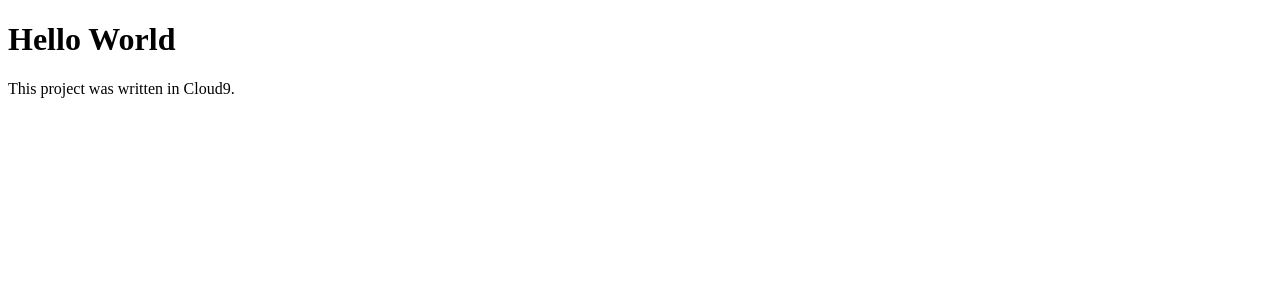
Repository: nealbrophy/CI-Streams
Page: stream-one.html
The author's editor kept a record of every edit. The page is drawn from the files as they stood at one moment, then again after the next edit.
The browser window is 1280 px wide. The pictures show the whole page.

Above is the page before.

After the next edit:
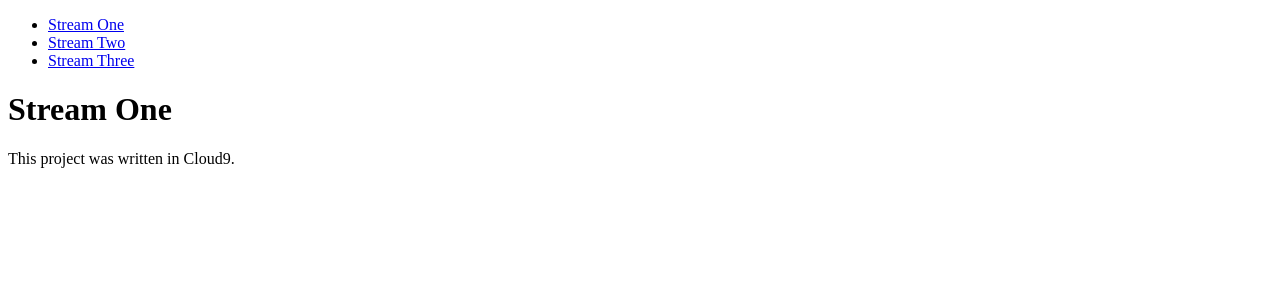
The edit:
--- a/stream-one.html
+++ b/stream-one.html
@@ -4,7 +4,14 @@
         <title>Stream One</title>
     </head>
     <body>
-        <h1>Hello World</h1>
+        <nav>
+            <ul>
+                <li><a href="stream-one.html">Stream One</a></li>
+                <li><a href="stream-two.html">Stream Two</a></li>
+                <li><a href="stream-three.html">Stream Three</a></li>
+            </ul>
+        </nav>
+        <h1>Stream One</h1>
         <p>This project was written in Cloud9.</p>
     </body>
 </html>
